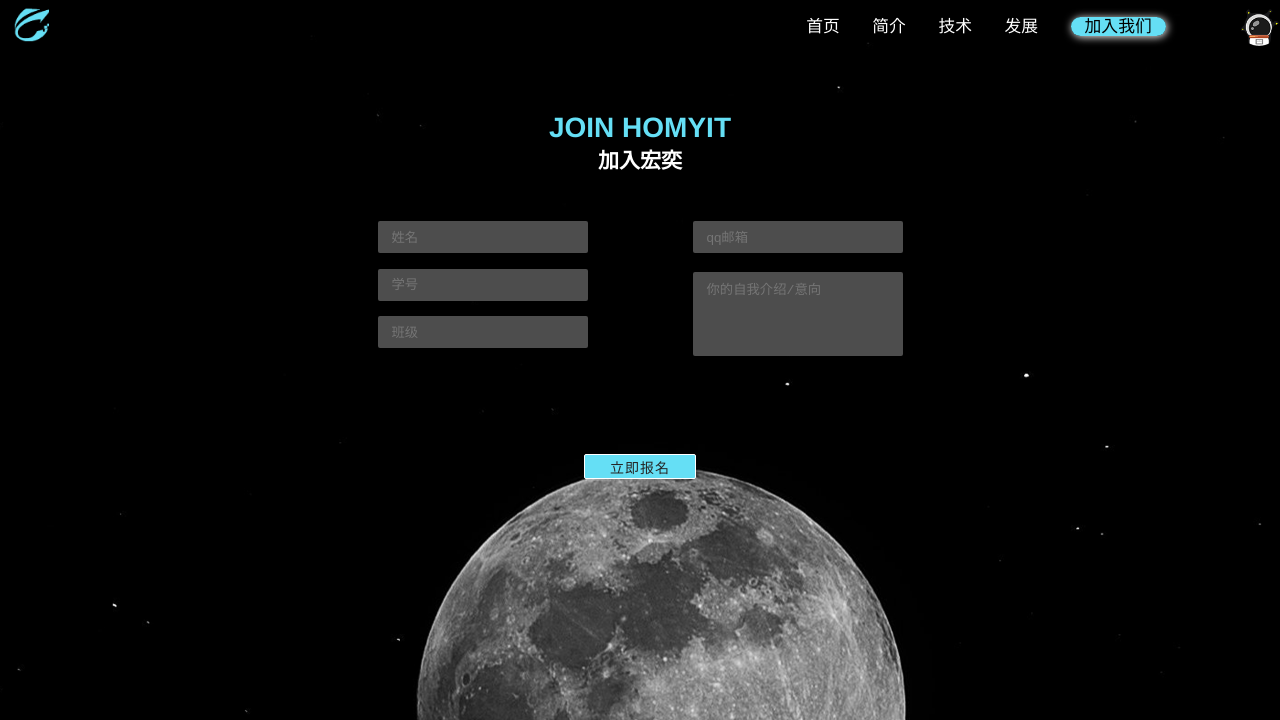
Repository: Homyit20/website
Page: /#/login
These files come from the project's save history. The page is drawn as it stood at one moment and after the next save; the edit follows.
The browser window is 1280 px wide. The pictures show the whole page.
The project was rebuilt for these pictures with package versions that can differ from the ones it lists, and the page was loaded fresh each time. Also part of the build but not shown: vue.config.js.

Above is the page before, as saved 2021-08-11 10:32:13.

### public/index.html
<!DOCTYPE html>
<html lang="">
  <head>
    <meta charset="utf-8">
    <meta http-equiv="X-UA-Compatible" content="IE=edge">
    <meta name="viewport" content="width=device-width,initial-scale=1.0">
    <link rel="icon" href="<%= BASE_URL %>favicon.ico">
    <!-- <title><%= htmlWebpackPlugin.options.title %></title> -->
    <title><%= htmlWebpackPlugin.options.title %></title>
    <style>
      *{
        cursor: url("火箭.ico"),auto;
      }
      .body{
        overflow-x: hidden;
      }
    </style>
  </head>
  <body class="body">
    <noscript>
      <strong>We're sorry but <%= htmlWebpackPlugin.options.title %> doesn't work properly without JavaScript enabled. Please enable it to continue.</strong>
    </noscript>
    <div id="app"></div>
    <!-- built files will be auto injected -->
  </body>
</html>

### src/main.js
import Vue from 'vue'
import App from './App.vue'
import router from './router'
import store from './store'
// import VueCookies from 'vue-cookies'
// import axios from 'axios'
// import VueAxios from 'vue-axios'
import 'animate.css/animate.min.css'
// Vue.use(VueCookies)
// Vue.use(VueAxios, axios);

Vue.config.productionTip = false

new Vue({
  router,
  store,
  render: h => h(App),
}).$mount('#app')

//报名成功或者已报名才可进入二维码页面
router.beforeEach((to, from, next) => {
  //路由导航
  if (to.meta.islogin) {

    if (store.state.success == 1) {
      next()
    } else {
      next({
        path: from.path
      })
    }
  } else {

    if (to.meta.islogin) {
      if (store.state.success == 1) {
        next()
      } else {
        next({
          path: from.path
        })
      }
    } else {
      next()
    }
  }
})
window.onload = function(){
  document.title = "HOMYIT STUDIO"
}

### src/App.vue
<template>
  <div id="app">
    <router-view></router-view>
  </div>
</template>

<script>
// import NavBar from "./components/enter/enter.vue"
export default {
  name: "App"
};
</script>

<style>
* {
  margin: 0;
  padding: 0;
  box-sizing: border-box;
}
html {
  font-size: 14px;
}
#app {
  font-family: Avenir, Helvetica, Arial, sans-serif;
}
</style>

### src/router/index.js
import Vue from 'vue'
import VueRouter from 'vue-router'

Vue.use(VueRouter);

const routes = [
    {
        path: '/',
        redirect: '/enter',
        meta : {
            title : 'enter'
        }
    },
    {
        path: '/technique',
        component: () => import('../views/technique.vue'),
        meta : {
            title : 'technique'
        }
    },
    {
        path: '/develop',
        component: () => import('../views/develop.vue'),
        meta : {
            title : 'develop'
        }
    },
    {
        path: '/enter',
        component: () => import('../views/enter.vue'),
        meta : {
            title : 'enter'
        }
    },
    {
        path: '/login',
        component: () => import('../views/login.vue'),
        redirect: '/login/loginform',
        children: [{
            path: '/login/loginform',
            component: () => import('../components/content/loginform.vue'),
            meta : {
                title : 'login'
            }
        },
        {
            path: '/login/contact',
            component: () => import('../components/content/contact.vue'),
            meta: {
                islogin: true,
                title : 'contact'
            }
        }
        ]
    },
    {
        path: '/home',
        component: () => import('../views/Home.vue'),
        meta : {
            title : 'home'
        }
    }, {
        path: '/background',
        component: () => import('../views/background.vue'),
        meta : {
            title : 'background'
        }
    },
    {
        path : '/photo',
        component : () => import('../views/photo.vue')
    }
]

const router = new VueRouter({
    routes
})

export default router;

### src/store/index.js
import Vue from 'vue'
import Vuex from 'vuex'

Vue.use(Vuex)

const store = new Vuex.Store({
    state : {
        success : 0,
        isnav : false
    },
    mutations : {
        judge(state){
            state.success = 1
        }
    }
})

export default store;

### src/views/login.vue
<template>
  <div class="login-contain">
    <NavBar></NavBar>
      <img class="login-background" src="../assets/techlogin/images/报名背景.png" alt="背景">
      <router-link to="/login/loginform"/>
      <router-link to="/login/contact" />
      <router-view/>

  </div>
</template>

<script>
import NavBar from '../components/common/nav.vue'
export default {
  name : 'Login',
  data(){
    return {
      LoginShow:false
    }
  },

  components :{
    NavBar
  }
}
</script>

<style>
    .login-background{
        position: absolute;
        top: 0;
        width: 100vw;
        height: 100vh;
        object-fit: cover;
        z-index: -100;
    }
    @media screen and (max-width : 500px) {
      .login-contain{
        position: relative;
        height: 100vh;
        overflow: hidden;
      }
      .login-background{
        height: 850px;
      }
    }
</style>

### src/components/content/loginform.vue
<template>
  <div class="login-content">
    <div class="login-join">
      <h1>JOIN HOMYIT</h1>
      <h2>加入宏奕</h2>
    </div>
    <form class="login-form" method="">
      <div class="login-main-form">
        <div class="login-input">
          <input
            type="text"
            class="login-form-name"
            placeholder="姓名"
            v-model="stuName"
            @blur="inputjudge(stuName, 0)"
          />
        </div>
        <div class="login-input">
          <input
            type="text"
            class="login-form-number"
            placeholder="学号"
            v-model="stuNum"
            @blur="inputjudge(stuNum, 1)"
          />
        </div>
        <div class="login-input">
          <input
            type="text"
            class="login-form-class"
            placeholder="班级"
            v-model="stuClass"
            @blur="inputjudge(stuClass, 2)"
          />
        </div>
        <div class="login-input">
          <input
            type="text"
            class="login-form-address"
            placeholder="qq邮箱"
            v-model="email"
            @blur="inputjudge(email, 3)"
          />
        </div>
        <textarea
          placeholder="你的自我介绍/意向"
          class="login-form-idea"
          v-model="introduce"
        ></textarea>
      </div>
      <div class="login-button" @click="logincommit()">
        <p>立即报名</p>
        <!-- <button @click="logincommit()">立即报名</button> -->
      </div>
    </form>
  </div>
</template>

<script>
import axios from "axios";
// import qs from 'qs'
export default {
  name: "Loginform",
  data() {
    return {
      stuName: "",
      stuNum: "",
      stuClass: "",
      email: "",
      introduce: "",
    };
  },
  methods: {
    logincommit() {
      if (
        this.stuName != "" &&
        this.stuClass != "" &&
        this.email != "" &&
        this.stuNum != ""
      ) {
        if(/^[\da-zA-Z]+@\w+\.\w+$/.test(this.email) && /^\d{12}$/.test(this.stuNum)){
          axios.post('http://localhost:8080/api/register',{
          'name' : this.stuName,
          'number' : this.stuNum,
          'classs' : this.stuClass,
          'mail' : this.email,
          'introduction' : this.introduce
        }).then((res) => {
            // console.log(res.data)
              if (res.data.msg == "success" || res.data.msg == "此学号已经报名") {
                this.$store.commit("judge");
                alert(res.data.msg);
                this.$router.push({
                  path: "/login/contact",
                });
              } else {
               // 失败要执行的函数
                () => {alert(res.data.msg)};
              }
            })
            .catch((err) => {
              // 失败要执行的函数
              () => {
                alert(err);
            };
            // console.log(123)
            // console.log(err.response);
          })
        }else{
          alert("学号/邮箱填写错误")
        }
        // console.log('成功执行logincommit')
      } else {
        alert("请将信息填写完整");
      }
    },
    inputjudge(value, id) {
      let logininput = document.getElementsByClassName("login-input")[id];
      if (value != "") {
        logininput.classList.remove("login-vaild");
        logininput.classList.add("login-finish");
        if (
          (id === 3 && !/^[\da-zA-Z]+@\w+\.\w+$/.test(value)) ||
          (id === 1 && !/^\d{12}$/.test(value))
        ) {
          logininput.classList.add("login-error");
        }
      } else {
        logininput.classList.remove("login-vaild");
        logininput.classList.add("login-error");
      }
    },
  },
  watch: {
    stuName: function () {
      let logininput = document.getElementsByClassName("login-input")[0];
      logininput.classList.remove("login-error");
      logininput.classList.remove("login-finish");
      logininput.classList.add("login-vaild");
    },
    stuNum: function () {
      let logininput = document.getElementsByClassName("login-input")[1];
      logininput.classList.remove("login-error");
      logininput.classList.remove("login-finish");
      logininput.classList.add("login-vaild");
    },
    stuClass: function () {
      let logininput = document.getElementsByClassName("login-input")[2];
      logininput.classList.remove("login-error");
      logininput.classList.remove("login-finish");
      logininput.classList.add("login-vaild");
      logininput.classList.add("login-vaild");
    },
    email: function () {
      let logininput = document.getElementsByClassName("login-input")[3];
      logininput.classList.remove("login-error");
      logininput.classList.remove("login-finish");
      logininput.classList.add("login-vaild");
      logininput.classList.add("login-vaild");
    },
  },
};
</script>

<style>
.login-content {
  display: flex;
  flex-direction: column;
  align-items: center;
  margin: 0 auto;
  margin-top: 8rem;
  max-width: 45rem;
  height: 65vh;
}

/* 文字*/
.login-content .login-join {
  display: flex;
  flex-direction: column;
  align-items: center;
}
.login-content .login-join h1 {
  color: #65dff5;
}
.login-content .login-join h2 {
  color: #fff;
}

/* 表单内 */
.login-content .login-form {
  display: flex;
  flex-direction: column;
  align-items: center;
}
.login-form .login-main-form {
  display: flex;
  flex-direction: column;
  align-items: center;
  justify-content: space-between;
  flex-wrap: wrap;
  width: 45rem;
  height: 10rem;
  margin-top: 3rem;
}


.login-input {
  position: relative;
  width: 15rem;
  height: 3rem;
  display: flex;
  justify-content: flex-start;
  align-items: center;
  margin-bottom: 0.2rem;
}

.login-main-form input[type="text"] {
  border: 0;
  background: none;
  outline: none;
  background-color: #4d4d4d;
  border-radius: 2px;
  color: white;
  padding-left: 1rem;
  width: 15rem;
  height: 2.3rem;
}

/* 响应式 */
@media screen and (max-width: 600px) {
  .login-content .login-join {
    margin-top: 10vh;
  }
  .login-content {
    margin-top: 2rem;
  }
  .login-form .login-main-form {
    display: flex;
    flex-direction: column;
    flex-wrap: wrap;
    align-items: center;
    width: 16rem;
    height: 15rem;
    margin-top: 2rem;
  }
  .login-form .login-input {
    width: 16rem;
    height: 3rem;
  }
  .login-form .login-main-form input[type="text"] {
    width: 16rem;
    margin-bottom: 0;
  }
  .login-form .login-main-form textarea {
    display: none;
  }
  .login-form .login-button {
    margin-top: 15vh;
  }
}


/* 表单验证样式 */
.login-vaild::after {
  content: "";
  position: absolute;
  right: 0;
  width: 2rem;
  height: 2rem;
  background: url("../../assets/techlogin/images/沙漏.png") center;
}
.login-finish::after {
  content: "";
  position: absolute;
  right: 0;
  width: 2rem;
  height: 2rem;
  background: url("../../assets/techlogin/images/成功.png") center;
}
.login-error::after {
  content: "";
  position: absolute;
  right: 0;
  width: 2rem;
  height: 2rem;
  background: url("../../assets/techlogin/images/错误.png") center;
}
.login-input p {
  font-size: 1px;
  color: white;
}

.login-main-form textarea {
  border: 0;
  background: none;
  outline: none;
  background-color: #4d4d4d;
  border-radius: 2px;
  width: 15rem;
  height: 6rem;
  color: #fff;
  padding-left: 1rem;
  resize: none;
  padding-top: 0.5rem;
}
.login-button {
  display: flex;
  justify-content: center;
  align-items: center;
  padding: 0;
  outline: none;
  background: none;
  border: 1px solid #fff;
  border-radius: 2px;
  width: 8rem;
  height: 1.8rem;
  margin-top: 7rem;
  color: #fff;
  text-transform: uppercase;
  letter-spacing: 1px;
  animation: buttonanimate 3s ease-in-out;
  animation-fill-mode: forwards;
  animation-delay: 1s;
}
/* .login-button:hover {
  color: #262626;
  background: #65dff5;
} */
.login-button:before {
  content: "";
  position: absolute;
  justify-content: center;
  align-items: center;
  width: 7.95rem;
  height: 1.8rem;
  background: transparent;
  border: 0px solid #65dff5;
  animation: buttonafter 3s ease-in-out;
  animation-fill-mode: forwards;
  animation-delay: 1s;
}
/* .login-button:hover:before {
  border: 1.2px solid #fff;
  transform: scale(1.2, 1.4);
  opacity: 0;
  transition: 0.4s;
} */

@keyframes buttonanimate{
  0%{}
  50%{
      color: #262626;
      background: #65dff5;
  }
  100%{
    color: #262626;
      background: #65dff5;
  }
}
  @keyframes buttonafter {
    0%{}
    50%{
        border: 1.2px solid #fff;
        transform: scale(1.2, 1.4);
        opacity: 0;
        transition: 0.4s;
    }
    100%{
        border: 1.2px solid #fff;
        transform: scale(1.2, 1.4);
        opacity: 0;
        transition: 0.4s;
    }
  }

/* 当屏幕大于1500px时 */
@media screen and (min-width: 1500px) {
  .login-form .login-main-form {
    width: 46rem;
    height: 11rem;
    margin-top: 6rem;
  }
  .login-form .login-input {
    width: 19rem;
    height: 3rem;
  }
  .login-form .login-main-form input[type="text"] {
    width: 19rem;
    height: 3rem;
    border-radius: 4px;
  }
  .login-main-form textarea {
    width: 19rem;
    height: 6.5rem;
    border-radius: 5px;
  }
  .login-button {
    margin-top: 8rem;
    width: 10rem;
    height: 2.5rem;
    border-radius: 4px;
  }
}
</style>

### src/components/common/nav.vue
<template>
  <div class="nav">
    <div class="nav-logo" @click="toHome">
      <img src="../../assets/techlogin/images/logo_03.png"/>
    </div>
    <div class="nav-list">
      <ul class="nav-list-ul">
        <li>
          <router-link
            to="/home"
            class="nav-link-class"
            active-class="nav-link-active"
            >首页</router-link
          >
        </li>
        <li>
          <router-link
            to="/background"
            class="nav-link-class"
            active-class="nav-link-active"
            >简介</router-link
          >
        </li>
        <li>
          <router-link
            to="/technique"
            class="nav-link-class"
            active-class="nav-link-active"
            >技术</router-link
          >
        </li>
        <li>
          <router-link
            to="/develop"
            class="nav-link-class"
            active-class="nav-link-active"
            >发展</router-link
          >
        </li>
        <li>
          <router-link
            to="/login"
            class="nav-link-class nav-link-login"
            active-class="nav-join-class"
            >加入我们</router-link
          >
        </li>
      </ul>
      <div class="nav-list-img">
        <img src="../../assets/techlogin/images/小宇航员_07.png" />
      </div>
    </div>
  </div>
</template>

<script>
export default {
  name: "navbar",
  methods : {
    toHome(){
      if(this.$route.path != '/home'){
        this.$router.push({
          path : '/home'
        })
      }
    }
  }
};
</script>

<style>
.nav {
  position: absolute;
  top: 0;
  z-index: 100;
  display: flex;
  justify-content: space-between;
  align-items: center;
  width: 100vw;
  height: 3.5rem;
}
.nav-logo img {
  width: 2.5rem;
  height: 2.5rem;
  margin-top: 0.25rem;
  margin-left: 1rem;
  object-fit: cover;
}
.nav .nav-list {
  display: flex;
  justify-content: space-between;
  align-items: center;
  width: 35rem;
}
.nav-list .nav-list-ul {
  width: 80%;
  height: 100%;
  display: flex;
  align-items: center;
  justify-content: space-around;
  list-style: none;
  font-size: 1.2rem;
  color: #fff;
}
.nav-link-class {
  color: #fff;
  text-decoration: none;
}
.nav-link-active {
  color: #65dff5;
}
.nav-list-img {
  width: 3rem;
  height: 3rem;
  display: flex;
  flex-direction: column;
  position: relative;
}
.nav-list .nav-list-img img {
  width: 3rem;
  height: 3rem;
  display: flex;
  flex-direction: column;
  position: relative;
}
.nav-list .nav-list-img img {
  width: 3rem;
  height: 3rem;
  object-fit: cover;
}

/* img响应式 */
@media screen and (max-width: 500px) {
  .nav .nav-list {
    display: flex;
    justify-content: space-around;
    align-items: center;
    width: 23rem;
  }
  .nav .nav-list .nav-list-ul {
    width: 100%;
  }
  .nav-logo img {
    width: 2rem;
    height: 2rem;
    object-fit: cover;
  }
  .nav .nav-list .nav-list-img {
    display: none;
  }
  .nav .nav-list .nav-list-img img {
    display: none;
  }
  .nav .nav-link-login {
    padding: 0 0.5rem;
  }
}
.nav-link-login {
  color: #000;
  padding: 0 1rem;
  background-color: #65dff5;
  border-radius: 1rem;
}
.nav-join-class{
  box-shadow: 1px 1px 8px #fff;
}
</style>

After the next save:
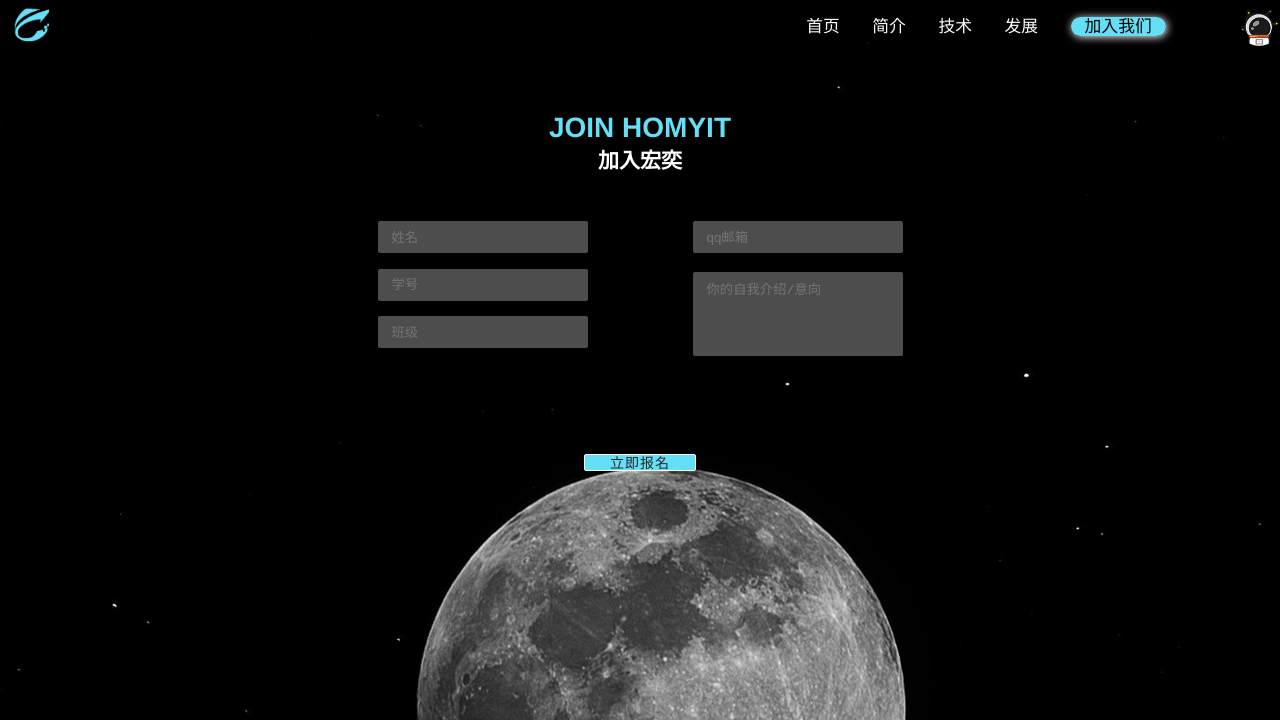
Saved 16 s later.
--- a/src/components/content/loginform.vue
+++ b/src/components/content/loginform.vue
@@ -313,7 +313,7 @@ export default {
   border: 1px solid #fff;
   border-radius: 2px;
   width: 8rem;
-  height: 1.8rem;
+  height: 1.2rem;
   margin-top: 7rem;
   color: #fff;
   text-transform: uppercase;
